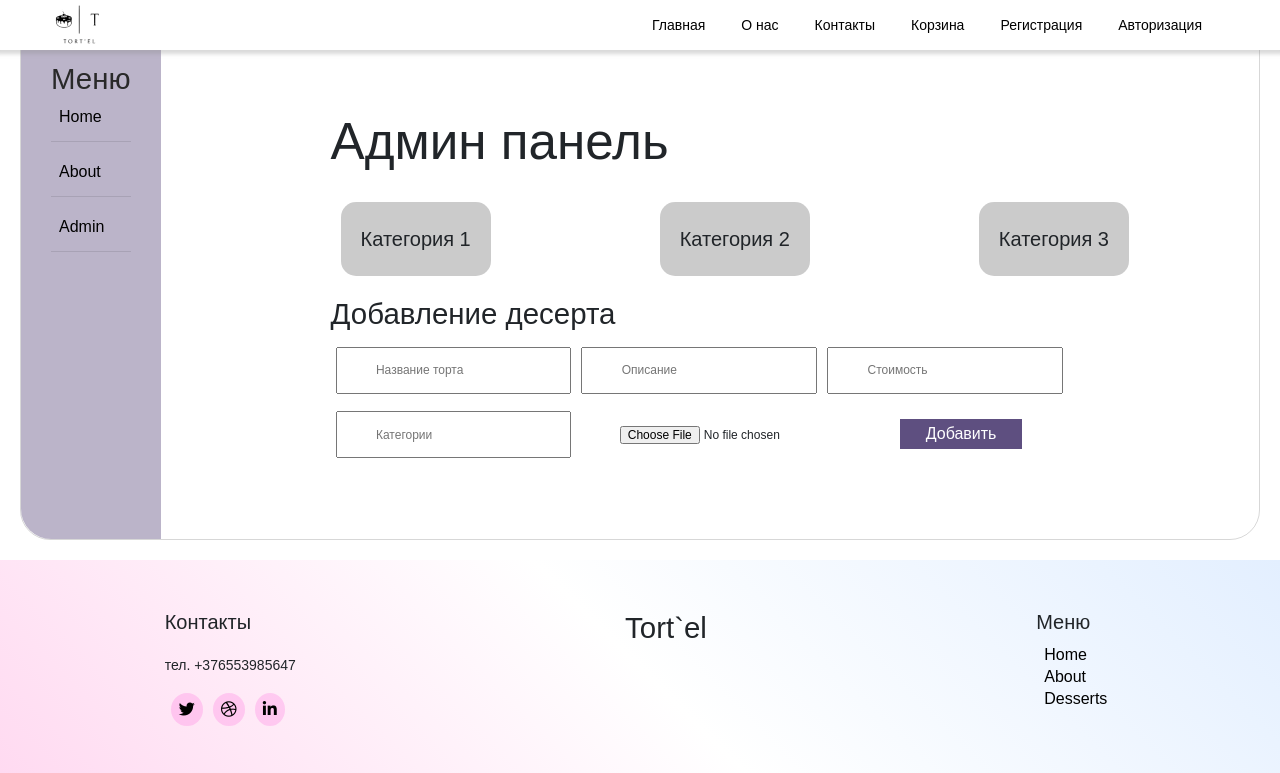
Repository: KseniaEryze/DiplomToday
Page: /admin
The author's editor kept a copy of each file at every save. The page is drawn from the files as they stood at one save, then again after the next save.
The browser window is 1280 px wide. The pictures show the whole page.
The page's requests for data from a server got no answer. The project was rebuilt for these pictures with package versions that can differ from the ones it lists, and the page was loaded fresh each time. No one was signed in, and anything a server would have sent is missing. Also part of the build but not shown: src/App.css, src/components/Slider/Slider.jsx, src/pages/About/about.css, src/components/Galery/main.css, src/components/Galery/Gallery.jsx, src/pages/About/About.jsx, src/components/Categories/categories.css, src/components/Categories/Categories.jsx and 18 more.

Above is the page before, as saved 2024-09-25 10:25:46.

### public/index.html
<!DOCTYPE html>
<html lang="en">
  <head>
    <meta charset="utf-8" />
    <link rel="stylesheet" href="https://stackpath.bootstrapcdn.com/bootstrap/4.1.3/css/bootstrap.min.css" integrity="sha384-MCw98/SFnGE8fJT3GXwEOngsV7Zt27NXFoaoApmYm81iuXoPkFOJwJ8ERdknLPMO" crossorigin="anonymous">
    <link rel="stylesheet" href="https://cdnjs.cloudflare.com/ajax/libs/font-awesome/5.15.1/css/all.min.css" integrity="sha512-+4zCK9k+qNFUR5X+cKL9EIR+ZOhtIloNl9GIKS57V1MyNsYpYcUrUeQc9vNfzsWfV28IaLL3i96P9sdNyeRssA==" crossorigin="anonymous" />

    <link rel="icon" href="%PUBLIC_URL%/favicon.ico" />
    <meta name="viewport" content="width=device-width, initial-scale=1" />
    <meta name="theme-color" content="#000000" />
    <meta
      name="description"
      content="Web site created using create-react-app"
    />
    <link rel="apple-touch-icon" href="%PUBLIC_URL%/logo192.png" />
    <!--
      manifest.json provides metadata used when your web app is installed on a
      user's mobile device or desktop. See https://developers.google.com/web/fundamentals/web-app-manifest/
    -->
    <link rel="manifest" href="%PUBLIC_URL%/manifest.json" />
    <!--
      Notice the use of %PUBLIC_URL% in the tags above.
      It will be replaced with the URL of the `public` folder during the build.
      Only files inside the `public` folder can be referenced from the HTML.

      Unlike "/favicon.ico" or "favicon.ico", "%PUBLIC_URL%/favicon.ico" will
      work correctly both with client-side routing and a non-root public URL.
      Learn how to configure a non-root public URL by running `npm run build`.
    -->
    <title>React App</title>
  </head>
  <body>
    <noscript>You need to enable JavaScript to run this app.</noscript>
    <div id="root"></div>
    <!--
      This HTML file is a template.
      If you open it directly in the browser, you will see an empty page.

      You can add webfonts, meta tags, or analytics to this file.
      The build step will place the bundled scripts into the <body> tag.

      To begin the development, run `npm start` or `yarn start`.
      To create a production bundle, use `npm run build` or `yarn build`.
    -->
  </body>
</html>

### src/index.js
import React from 'react';
import ReactDOM from 'react-dom/client';
import './index.css';
import App from './App';
import {BrowserRouter, BrowserRouter as Router} from 'react-router-dom'
import { Provider } from 'react-redux';
import {store}  from 'store';
import './firebase';
import Footer from 'Footer/Footer';




const root = ReactDOM.createRoot(document.getElementById('root'));
root.render(
  <React.StrictMode>
   <BrowserRouter>
    <Provider store = {store}>

          <App />
          <Footer></Footer>

    </Provider>
   </BrowserRouter>
</React.StrictMode>


);

### src/index.css

html, body, div, span, applet, object, iframe,
h1, h2, h3, h4, h5, h6, blockquote, pre,
a, abbr, acronym, address, big, cite, code,
del, dfn, em, img, ins, kbd, q, s, samp,
small, strike, strong, sub, sup, tt, var,
b, u, i, center,
dl, dt, dd, ol, ul, li,
fieldset, form, label, legend,
table, caption, tbody, tfoot, thead, tr, th, td,
article, aside, canvas, details, embed,
figure, figcaption, header, hgroup,
menu, nav, output, ruby, summary,
time, mark, audio, video {
	margin: 0;
	padding: 0;
	border: 0;
	/* font-size: 100%;
	font: inherit; */
	vertical-align: baseline;
}
article, aside, details, figcaption, figure,
footer, header, hgroup, menu, nav, section {
	display: block;
}
html {
	height: 100%;
}
body {
	line-height: 1;
}
ol, ul {
	list-style: none;
}
blockquote, q {
	quotes: none;
}
blockquote:before, blockquote:after,
q:before, q:after {
	content: '';
	content: none;
}
table {
	border-collapse: collapse;
	border-spacing: 0;
}
body {
  margin: 0;
  font-family: -apple-system, BlinkMacSystemFont, 'Segoe UI', 'Roboto', 'Oxygen',
    'Ubuntu', 'Cantarell', 'Fira Sans', 'Droid Sans', 'Helvetica Neue',
    sans-serif;
  -webkit-font-smoothing: antialiased;
  -moz-osx-font-smoothing: grayscale;
}

code {
  font-family: source-code-pro, Menlo, Monaco, Consolas, 'Courier New',
    monospace;
}

h1{
  padding: 20px 0;
  font-size: 4vw;
}
h2 ,h3 ,h4{
  padding: 10px 0;
  font-size: 2vw;
}
h3{
    font-size: 2.3vw;
}
h4{
    font-size:20px
}
p{
	font-size: 1.2vw;
	line-height: 1.8vw;

}

button a{
	color: aliceblue;
}

*{
	font-family: "Philosopher", sans-serif;
	font-weight: 400;
	font-style: normal;
}

.pagination-container {
    margin: 3vw 3vw;
}

section{}
@import url('https://fonts.googleapis.com/css2?family=Philosopher:ital,wght@0,400;0,700;1,400;1,700&display=swap');

@media(max-width: 500px) {
	h1{
        font-size: 7vw;
    }
}

@media(max-width: 900px) {
	h1{
        font-size: 5vw;
    }
}

### src/store/index.js
import { configureStore } from "@reduxjs/toolkit";
import userReducer from '../store/slices/userSlice'
import cakeReducer from '../store/slices/cakeSlice'


export const store = configureStore({
    reducer: {
        user: userReducer,
        cake: cakeReducer
    }
});

### src/firebase.js
import {initializeApp} from 'firebase/app'

const firebaseConfig = {
    apiKey:'AIzaSyBbu4rErtGpIe7zjlWFqBlYvekbwFZLcaE',
    authDomain: process.env.REACT_APP_FIREBASE_AUTH_DOMAIN,
    projectId: process.env.REACT_APP_FIREBASE_PROJECT_ID,
    storageBucket: process.env.REACT_APP_FIREBASE_STORAGE_BUSCKET,
    messagingSenderId: process.env.REACT_APP_FIREBASE_MESSAGING_SENGER_ID,
    appId: 'diesel-polymer-419114'
}

const app = initializeApp(firebaseConfig)

### src/Footer/Footer.jsx
import React from 'react'
import { Link } from 'react-router-dom'
import './footer.css'

function Footer() {
  return (

    <footer>
      <div className='footer'>
      <div> <h4>Контакты</h4>
        <div>
          <p>тел.   +376553985647</p>

          <ul class="social-icons">
            <li><a class="twitter" href="#"><i class="fab fa-twitter"></i></a></li>
            <li><a class="dribbble" href="#"><i class="fab fa-dribbble"></i></a></li>
            <li><a class="linkedin" href="#"><i class="fab fa-linkedin-in"></i></a></li>
          </ul>
        </div>
      </div>


      <div>
        <h3>Tort`el</h3>
      </div>
      <div>
        <h4>Меню</h4>
        <ul>
             <li>
                 <Link to="/">Home</Link>
             </li>
             <li>
               <Link to="/about">About</Link>
             </li>
             <li>
                 <Link to="/desserts">Desserts</Link>
             </li>

         </ul>

      </div>
       </div>
    </footer>

  )
}

export default Footer

### src/Header/Header.jsx
import React, { useState } from 'react'
import { Link } from 'react-router-dom'
import logo from './img/logoBlack.png'
import './header.css'
import menu from './img/hamburger.png'

function Header() {
  const [accountAuth, setAccountAuth] = useState(false)
  const [isOpen, setIsOpen] = useState()
  return (
    <div className='header'>

      <div className='logo'>
          <Link to="/"><img src={logo}/></Link>
      </div>

      <nav className={`header_nav ${isOpen ? `active` : ``}`}>
          <ul className='header_nav-list'>
             <li className='header_nav-item'>
                 <Link to="/">Главная</Link>
             </li>

             <li className='header_nav-item'>
               <Link to="/about">О нас</Link>
             </li>

             <li className='header_nav-item'>
               <Link to="/contacts">Контакты</Link>
             </li>
             <li className='header_nav-item'>
               <Link to="/basket">Корзина</Link>
             </li>
              <li className='header_nav-item wrapper-login'>
                <Link to="/register" accountAuth={accountAuth}>Регистрация</Link>
              </li>
              <li className='header_nav-item'>
                <Link to="/login"> Авторизация </Link>
              </li>
            </ul>
         </nav>
         <button className='header_menu-button' onClick={() => setIsOpen(!isOpen)}></button>
     </div>
   )
 }

 export default Header

### src/Admin/page/AdminMain.jsx
import React, { useState } from 'react'
import AdminHeader from './AdminHeader/AdminHeader'
import './adminMain.css'
import CategoriesAdmin from 'Admin/component/CategoriesAdmin'
import { v4 as uuidv4, v4 } from 'uuid';

function AdminMain() {

  const [name, setName] = useState('')
  const [description, setDescription] = useState('')
  const [cost, setCost] = useState('')
  const [category, setCategories] = useState('')
  const [image, setImage] = useState(null)

  const adminCategories = [
    {id:1, nameCategory:'Категория 1'},
    {id:2, nameCategory:'Категория 2'},
    {id:3, nameCategory:'Категория 3'}
  ]

  const handleSubmit = (e) => {
    e.preventDefault()

    const fileReader = new FileReader();

    fileReader.onload = (e) => {
      // Сохранить данные изображения в localStorage
      const myObj = {
        id: v4(),
        title: name,
        derection: description,
        cost: cost,
        category: category,
        img: e.target.result
      };
      let oldItems = JSON.parse(localStorage.getItem('info')) || [];
      oldItems.push(myObj);
      localStorage.setItem('info', JSON.stringify(oldItems));

      // Очистить поля формы после отправки
      setName('');
      setDescription('');
      setCost('');
      setCategories('');
      setImage(null);
    }

    // Прочитать изображение
    if (image) {
      fileReader.readAsDataURL(image);
    }
  }

  return (
    <div className='wrapper-adminPage'>
      <AdminHeader></AdminHeader>
      <div className='wrapper-content'>
        <h1>Админ панель</h1>
        <div className='wrapper-adnin_categorisMenu'>
          {adminCategories.map(categoriesAdmin => <CategoriesAdmin key={categoriesAdmin.key} adminCategories={categoriesAdmin}></CategoriesAdmin> )}
        </div>
        <h3>Добавление десерта</h3>
        <form onSubmit={handleSubmit}>
          <input name="Название торта'"
                 value={name}
                 onChange={(e) => setName(e.target.value)}
                 placeholder = 'Название торта'/>
          <input name="Описание"
                 value={description}
                 onChange={(e) => setDescription(e.target.value)}
                 placeholder = 'Описание'/>
          <input name="Стоимость"
                 value={cost}
                 onChange={(e) => setCost(e.target.value)}
                 placeholder = 'Стоимость'/>
          <input name="Категория"
                 value={category}
                 onChange={(e) => setCategories(e.target.value)}
                 placeholder = 'Категории'/>
          <input type="file"
                 onChange={(e) => setImage(e.target.files[0])}
                 placeholder = 'Картинка'/>
          <button type="submit" >Добавить</button>
        </form>
      </div>
    </div>
  )
}

export default AdminMain

### src/Footer/footer.css
li{
    padding: 3px 0px;
}
.social-icons {
    text-align: right;
    display: flex;
    justify-content: flex-start;
    align-items: center;
    }
 .social-icons a {
    width: 40px;
    height: 40px;
    line-height: 40px;
    margin-right: 10px;
    border-radius: 100%;
    background-color: #ff5ed73d;

    }

    .social-icons:nth-child(n + 2){
        margin-left: 6px;
    }

    footer p {
        margin: 10px 0 ;
        font-size: 14px;
    }
    footer{
        padding: 20px 0;
    }

### src/components/Slider/main.css
.wrapper-slide{
    display: flex;
    justify-content: center;
    flex-direction: column;
    align-items: center;

    padding: 30px;
}
button{
    padding: 0%;
    margin: 0;
}

.react-slideshow-container .default-nav:last-of-type {
    margin-left: -30px;
    background: rgb(0, 0, 0);
}

.wrapper-slide p{
    margin: 8px;
    padding: 0px;
}
.slide-imade{
    width: 80px;
    height: 80px;
    border-radius: 100%;
}

.react-slideshow-container .default-nav:last-of-type {
    margin-left: -30px;

    /* background: url(./img/icons8-стрелка-100\ \(2\).png) no-repeat; */
}

.react-slideshow-container .default-nav:first-of-type {

    /* background: url(./img/icons8-стрелка-100\ \(3\).png)no-repeat; */
}
/* .react-slideshow-container {
    background-color: black;
    color: aliceblue;
} */
.slide-container button{

    padding: 0px 0px;
    margin-right: 10px;
    margin-top: 30px;
}

### src/Header/header.css

.header{
    position: fixed;
    left: 0;
    top: 0;
    display: flex;
    align-items: center;
    width: 100%;
    padding: 0px 20px;
    height: 50px;
    background-color: white;
    box-shadow: 0 0 4px 4px rgba(136, 136, 136, 0.322);
    z-index: 1;
    color: black;
}

.header_nav{
    margin-left: auto;
    margin-right: 50px;
}

.header_nav-list{
    display: flex;
    list-style: none;
}

.header_nav-item{
    font-size: 14px;
    line-height: 1;
    color: black;
}

.header_nav-item:nth-child(n + 2){
    margin-left: 20px;
}

.header_menu-button{
    display: none;
}

@media(max-width: 576px){
.header_nav.active{
        transform: translateX(225px);
    }

    .header_nav{
        position: fixed;
        top: 0;
        left: -225px;
        display: flex;
        flex-direction: column;
        width:225px;
        height: 100%;
        background-color: white;
        border-radius: 16px 0 16px 0;
        transition-timing-function: linear;
    };

    .header_nav-list{
        display: flex;
        list-style: none;
    }

    .header_nav-list{
        flex: 1;
        display: flex;
        flex-direction: column;
        padding-top: 40px;
        padding-left: 60px;
    }

    .header_nav-item{
        margin: 10px 0px;
    }
    .header_nav-item:nth-child(n + 2){
        margin-left: 0;
    }

    .header_menu-button{
        display: block;
        margin: 0 11vw 0 auto;
        width: 24px;
        height: 24px;
        background-image: url(./img/hamburger.png);
        padding: 0;
        border: 0;
    }

}

### src/pages/Home/main.css
.footer{
    width: 100%;
    display: flex;
    justify-content: space-around;
    align-items: start;
    margin: 0;
    padding: 20px 0;
}
section{
    padding-top: 100px;
}
section, footer{
    background: -webkit-linear-gradient(45deg, rgb(255, 218, 241), rgb(255, 255, 255), rgb(227, 239, 255));
    background: -moz-linear-gradient(45deg, rgb(255, 218, 241), rgb(255, 255, 255), rgb(227, 239, 255));
    background: linear-gradient(45deg, rgb(255, 218, 241), rgb(255, 255, 255), rgb(227, 239, 255));



}
button{
    border: none;
    background-color: #362361cc;
    /* #928d3c */
    color: white;
    padding: 15px 30px;
    margin-right: 10px;

}
.block_header{
    background: url('./img/tort-muss-iagody-malina-rozy-desert.jpg') no-repeat;
    background-size: cover;
    height: 600px;
    padding-top: 0;

    display: flex;
    justify-content: start;
    align-items: center;
}

.block_header-info{
    margin-left: 200px;

}



.category{
    display: flex;
    justify-content: center;
    align-items: center;
    flex-direction: column;

}

.category_list{
    display: flex;
    justify-content: center;

    margin: 0 100px;

}




.advantages{
    display: flex;
    justify-content: center;
    align-items: center;


    background: -webkit-linear-gradient(45deg, rgb(255, 218, 241), rgb(255, 255, 255),rgb(255, 218, 241) rgb(227, 239, 255));
    background: -moz-linear-gradient(45deg, rgb(255, 218, 241), rgb(255, 255, 255), rgb(227, 239, 255));
    background: linear-gradient(120deg, rgb(255, 218, 241), rgb(255, 255, 255), rgb(227, 239, 255));

}
.advantages .order{
    background: url('./img/Без\ имени-1.png') no-repeat;
    background-size: cover;
    width: 380px;
    height: 415px;

}
.advantages p{
     word-wrap:break-word
}
.order{

    color: black;
    display: flex;
    justify-content: center;
    align-items: center;
    flex-direction: column;
    margin-left: 100px;
}

.description-list_point{
    display: flex;

    align-items: center;
}
.description-list_point img{
    margin-right: 25px;
    width: 50PX;
}



.tabs_wrapper{
    display: flex;
    justify-content: center;
    align-items: center;
    width: 100%;
}



.footerLogo{
    width: 200px;
}


.block_header-info{
    color: rgb(41, 41, 41);
}
@media (max-width: 800px) {
.calculation{
    display:none;
    visibility: hidden;
}
.wrapper-home{
    width: 100vw;
}
.menu{
    display: none;
}
}

@media(max-width: 500px){
    .block_header-info{
        margin-left: 15vw;
    }
   .block_header{
        height: 400px;
   }
}

### src/components/Authorization/main.css
.wrapper-center, .authorization-form {
    display: flex;
    justify-content: center;
    flex-direction: column;
}
.wrapper-center{
    padding-top: 100px;
    align-items: center;
    width: 100%;
    padding-bottom: 100px;
}
.authorization-form {
   width: 35vw;
}
input{

    padding: 2vh 3vw;
    margin: 5px;
}
button{
	margin: 20px 10px;
    padding: 1vh 2vw;
}

### src/Admin/page/AdminHeader/AdminHeader.jsx
import React from 'react'
import { Link } from 'react-router-dom'
import './header.css'

function AdminHeader() {
  return (
    <div className='admin-wrapper_menu'>
    <h3>Меню</h3>

    <ul>
            <li className='admin-menu'>
                 <Link to="/admin">Home</Link>
                 <hr></hr>
             </li>
              <li className='admin-menu'>
               <Link to="/admin">About</Link>
               <hr></hr>
             </li>

             <li className='admin-menu'>
                 <Link to="/admin">Admin</Link>
                 <hr></hr>
             </li>
        </ul>
    </div>
  )
}

export default AdminHeader

### src/Admin/page/adminMain.css
header,
main {
  padding-left: 240px;
}

body {
  background: white;
}

@media only screen and (max-width: 992px) {
  header,
  main,
  footer {
    padding-left: 0;
  }
}
a{
    text-decoration: none;
}

#credits li,
#credits li a {
  color: white;
}

#credits li a {
  font-weight: bold;
}

.footer-copyright .container,
.footer-copyright .container a {
  color: #BCC2E2;
}

.fab-tip {
  position: fixed;
  right: 85px;
  padding: 0px 0.5rem;
  text-align: right;
  background-color: #323232;
  border-radius: 2px;
  color: #FFF;
  width: auto;
}


.main {
  height: 400px;
  padding: 10px;
}

.dropdown_button {
  border: none;
  cursor: pointer;
  width: 200px;
  font-family: montserrat;
  border: 1px solid #ffffff;
}

.courses {
  display: none;
  position: absolute;
  background-color: #f1f1f1;
  min-width: 200px;
  box-shadow: 0px 8px 16px 0px rgba(0, 0, 0, 0.2);
  z-index: 1;
}

.courses li {

  text-decoration: none;
  display: block;
  list-style: none;
  background-color: rgb(47, 47, 47);
  font-family: montserrat;
  border: 1px solid white;
}

.courses li a {
  text-decoration: none;
  color: white;
  display: block;
  padding: 5px;
}

.courses li:hover {
  background-color: #0979ad;
  color: white;
}

.admin-form{
  display: flex;
  justify-content: center;
  flex-direction: column;
  align-items: center;
  margin-top: 80px;
}

.admin-text_item{
  width: 300px;
  display: flex;
  justify-content: space-around;
  align-items: center;
  margin: 10px;
}

.admin-text_item input,label{
  width: 80px;
  margin: 5px;
}
.wrapper-adminPage{
  display: flex;
  margin: 20px;
  border: 1px solid rgba(0, 0, 0, 0.158);
  padding-right: 50px;

  border-radius: 30px ;
}


.wrapper-adnin_categorisMenu{
  display: flex;
  justify-content: space-between ;
}

### src/Admin/component/CategoriesAdmin.jsx
import React from 'react'
import './styleCategories.css'
import PropTypes from 'prop-types';


function CategoriesAdmin({adminCategories}) {

  return (
    <div className='category-block'>
      <h4>{adminCategories.nameCategory}</h4>
    </div>
  )
}

CategoriesAdmin.propTypes = {
  adminCategories: PropTypes.object,
};

export default CategoriesAdmin

### src/pages/Desserts/css/main.css
.wrapper-dessrts{
    display: flex;
    justify-content: space-around;
    align-content: center;

    margin: 100px 50px;
}

.calculation{
    margin-left: 40px;
    width: 25%;
}
.calculation p,input,label{
    font-size: 12px;
}
.calculation h4{
    font-size: 13px;
    margin: 5px;
}

.cards{
    display: flex;
    flex-flow: row wrap;
    justify-content: space-evenly;
    width: 60%;

}
.card{
    display: flex;
    justify-content: center;
    flex-direction: column;
    align-items: center;
    border: 0.5px solid #ff9f929f;
    border-radius: 7px;
    box-shadow: 0px 5px 10px 0px rgba(0, 0, 0, 0.1);

    padding: 10px;
    margin: 10px;
}

.card p{
    text-align: left;
}

.card img{
 width: 150px;

}

.cake{
    margin-top: 35px;
    width: 130px;
}
.like{
    display: flex;
    flex-direction: row-reverse;
    align-items: flex-end;
    position: relative;

}

.like img{
    width: 25px;
    height: 25px;
    position: absolute;
    left: 90px;
    top: 20px;

}
.title{
    text-align: left;
}

.card button{
    border: 0.5px solid #ff9f929f;
    border-radius: 5px;
    background: none;
    color: black;

}

### src/Admin/page/AdminHeader/header.css

.menu{
    display: flex;
    justify-content: space-around;
    align-items: center;
}

.menu li,a{
    list-style: none;
    text-decoration: none;
    padding: 8px;
    color: rgb(0, 0, 0);
}

.admin-wrapper_menu{
    margin-right: 100px;
    background-color: #36236156;
    color: rgb(41, 41, 41);
    border-radius: 30px 0px 0px 30px;
    padding: 30px;
    width: 12vw;
}
/* .admin-wrapper_menu li{
    border: 1px solid black;
} */

.wrapper-content{
    padding: 70px;
}

### src/Admin/component/styleCategories.css
.category-block{
    padding: 15px 20px;

    background-color: rgba(0, 0, 0, 0.205);
    margin: 10px;
    border-radius: 15px;
}
.category-block:hover{
    background: rgb(197, 151, 186);
}

Loaded but not shown: src/App.js (39 lines, source omitted); src/store/slices/cakeSlice.js (32 lines, source omitted); src/store/slices/userSlice.js (33 lines, source omitted)

After the next save:
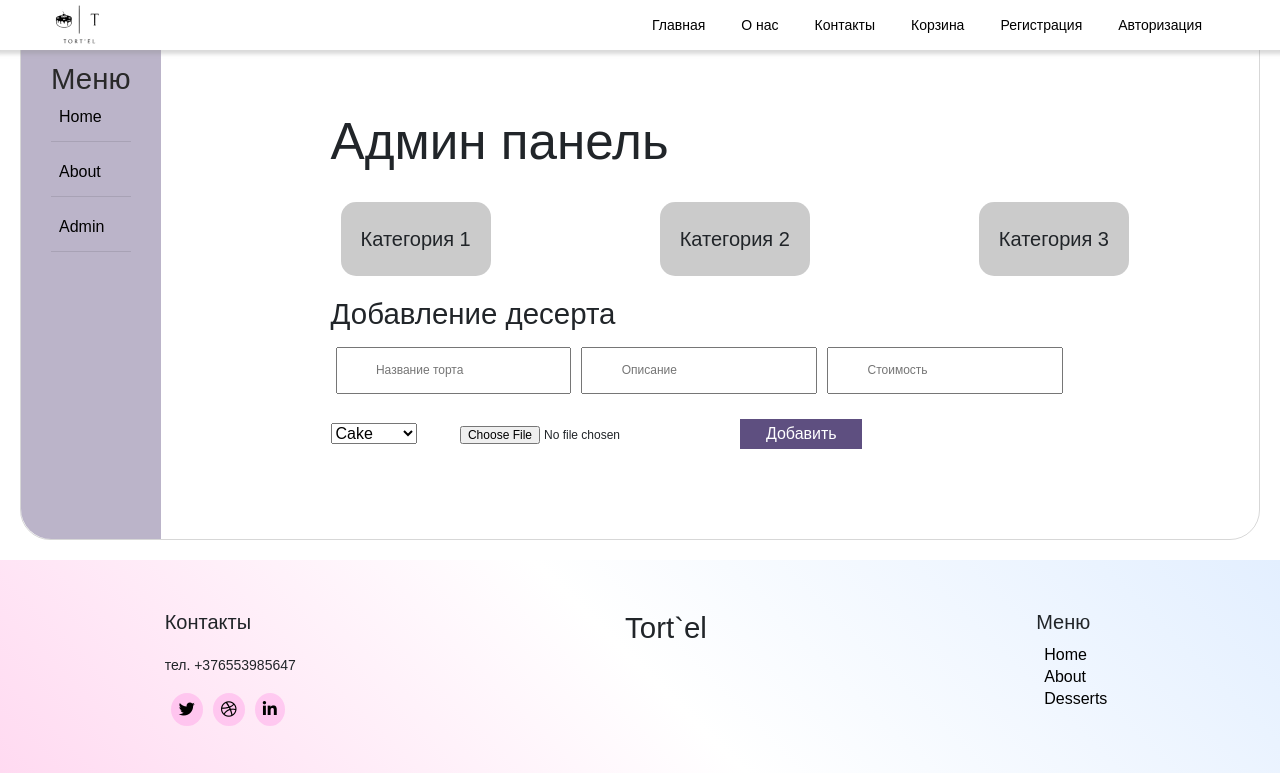
Saved 3 min 27 s later.
--- a/src/Admin/page/AdminMain.jsx
+++ b/src/Admin/page/AdminMain.jsx
@@ -9,7 +9,7 @@ function AdminMain() {
   const [name, setName] = useState('')
   const [description, setDescription] = useState('')
   const [cost, setCost] = useState('')
-  const [category, setCategories] = useState('')
+  const [category, setCategories] = useState('cake') //  Инициализируем по умолчанию "cake"
   const [image, setImage] = useState(null)
 
   const adminCategories = [
@@ -17,6 +17,12 @@ function AdminMain() {
     {id:2, nameCategory:'Категория 2'},
     {id:3, nameCategory:'Категория 3'}
   ]
+
+  const categoriesOptions = [
+    { value: 'cake', label: 'Cake' },
+    { value: 'cupcake', label: 'Cupcake' },
+    { value: 'mochi', label: 'Mochi' }
+  ];
 
   const handleSubmit = (e) => {
     e.preventDefault()
@@ -30,7 +36,7 @@ function AdminMain() {
         title: name,
         derection: description,
         cost: cost,
-        category: category,
+        category: category, //  Используйте `category` из состояния
         img: e.target.result
       };
       let oldItems = JSON.parse(localStorage.getItem('info')) || [];
@@ -41,7 +47,7 @@ function AdminMain() {
       setName('');
       setDescription('');
       setCost('');
-      setCategories('');
+      setCategories('cake'); //  Вернуть `category` в начальное значение
       setImage(null);
     }
 
@@ -73,10 +79,15 @@ function AdminMain() {
                  value={cost}
                  onChange={(e) => setCost(e.target.value)}
                  placeholder = 'Стоимость'/>
-          <input name="Категория"
-                 value={category}
-                 onChange={(e) => setCategories(e.target.value)}
-                 placeholder = 'Категории'/>
+          <select name="Категория"
+                  value={category}
+                  onChange={(e) => setCategories(e.target.value)}>
+            {categoriesOptions.map(option => (
+              <option key={option.value} value={option.value}>
+                {option.label}
+              </option>
+            ))}
+          </select>
           <input type="file"
                  onChange={(e) => setImage(e.target.files[0])}
                  placeholder = 'Картинка'/>
